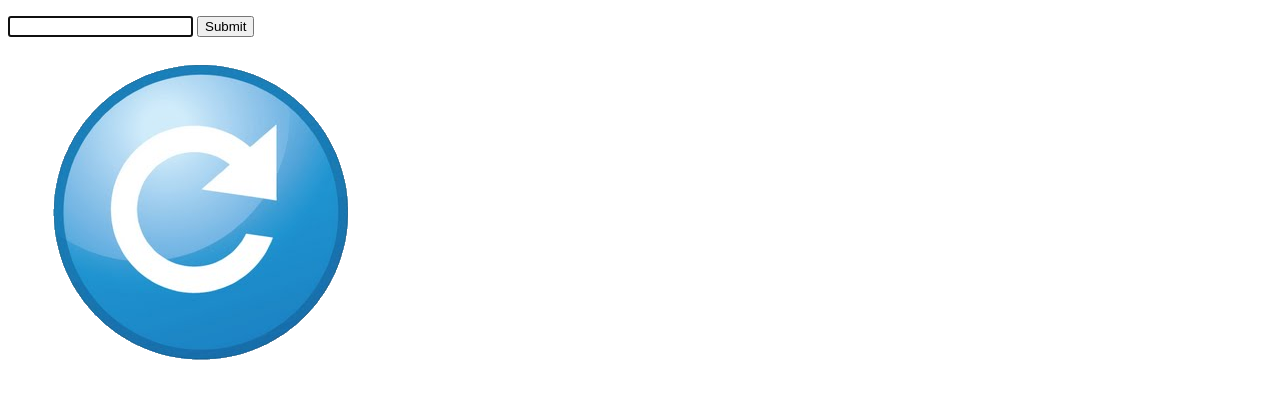
Repository: jn222rv/1dv403-laborationer
Page: 4-thequiz/index.html
The author's editor kept a record of every edit. The page is drawn from the files as they stood at one moment, then again after the next edit.
The browser window is 1280 px wide. The pictures show the whole page.
The page's requests for data from a server got no answer.

Above is the page before.

### 4-thequiz/index.html
<!DOCTYPE html>
<html>
    <head>
        <meta charset="UTF-8"/>
        <title>Quiz</title>
    </head>
    <body>
        <div id="main">
            <p id="question"></p>
            <form method="" action="">
                <input type="text" name="answer"/>
                <input type="submit" value="Submit" name="button"/>
            </form>
        </div>
        <script type="text/javascript" src="js/quiz.js"></script>
        <script type="text/javascript" src="js/basic.js"></script>
    </body>

</html>

### 4-thequiz/js/quiz.js
"use strict"

function Quiz()
{
    var xhr = null;
    var url = "http://vhost3.lnu.se:20080/question/1";
    var object = null;
    var p = null;
    var wrongMessage = null;
    var numberOfGuesses = 0;
    var answer = null;

    this.init = function(){

        xhr = new XMLHttpRequest();

        var form = document.querySelector("form");

        answer = form.elements["answer"];
        answer.focus();

        var div = document.createElement("div");
        p = document.getElementById("question");
        wrongMessage = document.createElement("p");
        p.innerHTML = "";
        wrongMessage.innerHTML = "";
        div.appendChild(wrongMessage);
        document.querySelector("body").appendChild(div);

        var a = document.createElement("a");
        var img = document.createElement("img");
        img.src = "img/refresh.png"
        a.setAttribute("href","#");
        a.appendChild(img);
        div.appendChild(a);

        a.addEventListener("click",restart);

        form.onsubmit = function(e){
            xhr.open("POST",object["nextURL"],true);
            xhr.setRequestHeader("Content-Type", "application/json");
            xhr.send(JSON.stringify({answer:answer.value}));
            return false;
        };

        xhr.onreadystatechange = function(){

        if(xhr.readyState === 4)
        {
            if(xhr.status === 200)
            {
                object = JSON.parse(xhr.responseText);
                if(object.hasOwnProperty("question"))
                {
                    drawQuestion();
                }
                else
                {
                    numberOfGuesses += 1;
                    checkIfCorrect();
                }
            }
            else if(xhr.status === 400)
            {
                wrongMessage.innerHTML = "Det var fel!";
                numberOfGuesses += 1;
            }
        }


        };

        xhr.open("GET",url,true);
        xhr.send(null);
    };

    function drawQuestion(){
        p.innerHTML = object["question"];
    };

    function checkIfCorrect(){

        if(object.hasOwnProperty("nextURL"))
        {
            if(/Correct/.test(object["message"]))
            {
                answer.value = "";
                answer.focus();
                xhr.open("GET",object["nextURL"],true);
                xhr.send(null);
                wrongMessage.innerHTML = "";
            }
        }
        else
        {
            wrongMessage.innerHTML = "";
            p.innerHTML = "Det tog totalt " + numberOfGuesses + " antal gissnignar";
            document.querySelector("form").elements["button"].disabled = true;
            answer.value = null;
            answer.disabled = true;
        }
    };

    function restart(){
        console.log("restart engae");
    };

};

### 4-thequiz/js/basic.js
"use strict";

function QuizBoard(){


  var quiz = new Quiz();
  quiz.init();

};





window.onload = function(){
  new QuizBoard();
};

//<link rel="stylesheet" href="css/basic.css" type="text/css" />

After the next edit:
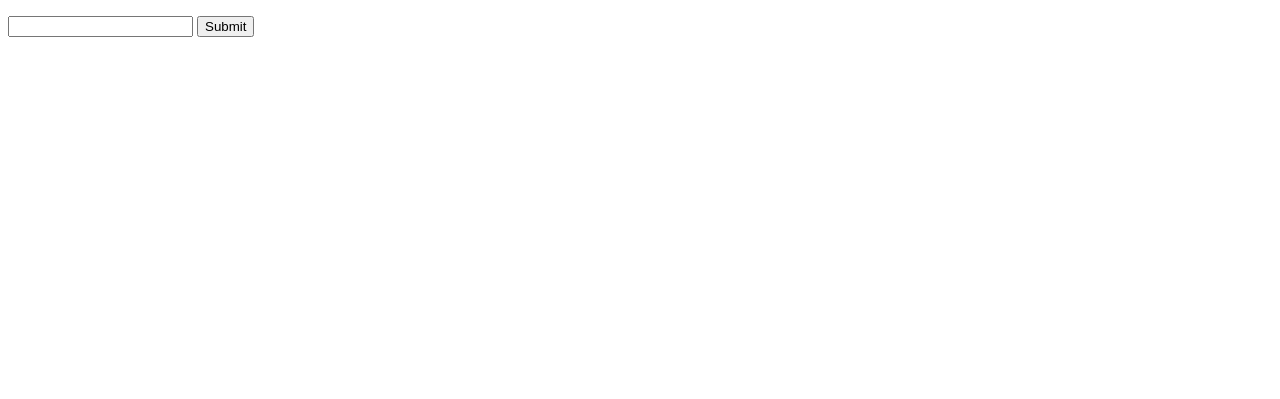
Console error: SyntaxError: Unexpected token '}'
The edit:
--- a/4-thequiz/js/quiz.js
+++ b/4-thequiz/js/quiz.js
@@ -47,8 +47,8 @@ function Quiz()
 
         if(xhr.readyState === 4)
         {
-            if(xhr.status === 200)
-            {
+            /*if(xhr.status === 200)
+            {*/
                 object = JSON.parse(xhr.responseText);
                 if(object.hasOwnProperty("question"))
                 {

After the 2 edits that followed:
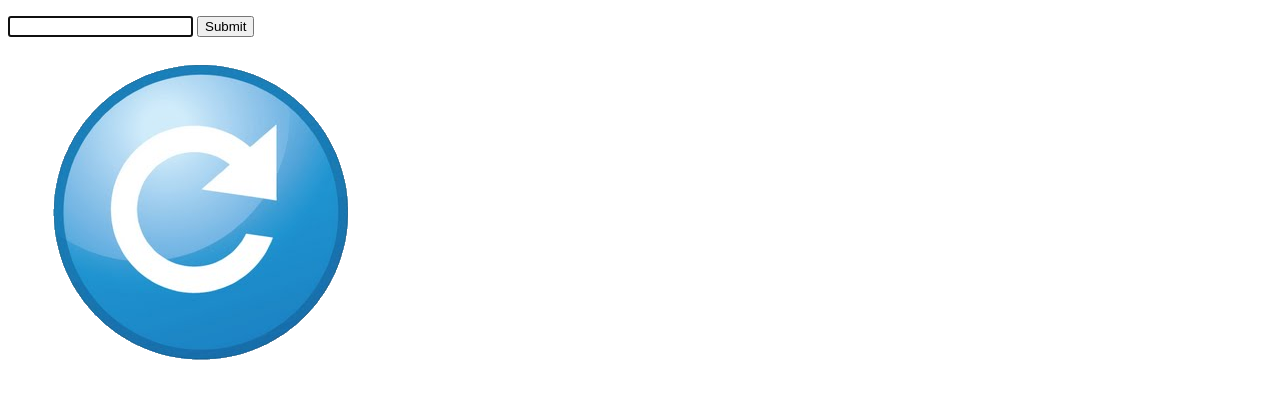
Console error (its wording comes from the project's code and is left out).
The 2 edits are shown as one change because 1 left the picture as it was.
The edit:
--- a/4-thequiz/js/quiz.js
+++ b/4-thequiz/js/quiz.js
@@ -59,12 +59,12 @@ function Quiz()
                     numberOfGuesses += 1;
                     checkIfCorrect();
                 }
-            }
+            /*}
             else if(xhr.status === 400)
             {
                 wrongMessage.innerHTML = "Det var fel!";
                 numberOfGuesses += 1;
-            }
+            }*/
         }
 
 
